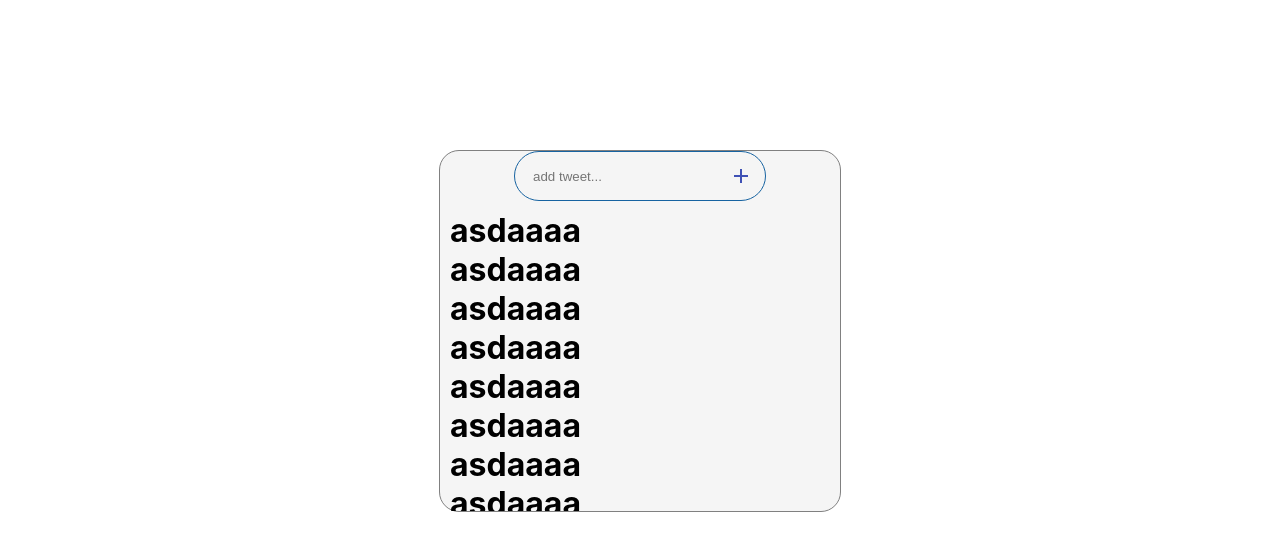
Repository: ehabmelhem/FullStack_Tweetapp
Page: /tweet (app in tweet-app-demo/)
The author's editor kept a copy of each file at every save. The page is drawn from the files as they stood at one save, then again after a run of saves.
The browser window is 1280 px wide. The pictures show the whole page.
The project was rebuilt for these pictures with package versions that can differ from the ones it lists, and the page was loaded fresh each time. A package was used in the major version that the imports need, not the one package.json lists. Also part of the build but not shown: tweet-app-demo/src/Componets/Gotweet.js, tweet-app-demo/src/Componets/Login.css, tweet-app-demo/src/Componets/Login.js, tweet-app-demo/src/Componets/SignUp.css, tweet-app-demo/src/Componets/SignUp.js.

Above is the page before, as saved 2021-01-28 20:05:05.

### tweet-app-demo/src/App.js
import "./App.css";
import { useEffect, useState } from "react";
import { BrowserRouter as Router, Switch, Route, Link } from "react-router-dom";
import Login from "./Componets/Login";
import SignUp from "./Componets/SignUp";
import Tweet from "./Componets/Tweet";

function App() {
  return (
    <Router>
      <div className="app">
        <Switch>
          <Route path="/tweet">
            <Tweet />
          </Route>
          <Route path="/login">
            <Login />
          </Route>
          <Route path="/signup">
            <SignUp />
          </Route>
          <Route path="/">
            <Link to="/login">
              <button>Login</button>
            </Link>
            <Link to="/signup">
              <button>SignUp</button>
            </Link>
          </Route>
        </Switch>
      </div>
    </Router>
  );
}

export default App;

### tweet-app-demo/src/App.css
.app {
  position: relative;
  top: 150px;
  width: fit-content;
  margin: 0 auto;
}

### tweet-app-demo/src/Componets/Tweet.js
import React from "react";
import "./Tweet.css";
import IconButton from "@material-ui/core/IconButton";
import AddIcon from "@material-ui/icons/Add";
function Tweet() {
  return (
    <div className="tweet">
      <form className="tweet__form">
        <input placeholder="add tweet..." type="text" name="" id="" />
        <IconButton color="primary">
          <AddIcon />
        </IconButton>
      </form>
      <div className="container">
        <h1>asdaaaa</h1>
        <h1>asdaaaa</h1>
        <h1>asdaaaa</h1>
        <h1>asdaaaa</h1>
        <h1>asdaaaa</h1>
        <h1>asdaaaa</h1>
        <h1>asdaaaa</h1>
        <h1>asdaaaa</h1>
        <h1>asdaaaa</h1>
        <h1>asdaaaa</h1>
        <h1>asdaaaa</h1>
        <h1>asdaaaa</h1>
        <h1>asdaaaa</h1>
        <h1>asdaaaa</h1>
        <h1>asdaaaa</h1>
        <h1>asdaaaa</h1>
        <h1>asdaaaa</h1>
        <h1>asdaaaa</h1>
        <h1>asdaaaa</h1>
        <h1>asdaaaa</h1>
        <h1>asdaaaa</h1>
        <h1>asdaaaa</h1>
        <h1>asdaaaa</h1>
        <h1>asdaaaa</h1>
        <h1>asdaaaa</h1>
        <h1>asdaaaa</h1>
        <h1>asdaaaa</h1>
        <h1>asdaaaa</h1>
        <h1>asdaaaa</h1>
        <h1>asdaaaa</h1>
        <h1>asdaaaa</h1>
        <h1>asdaaaa</h1>
        <h1>asdaaaa</h1>
        <h1>asdaaaa</h1>
        <h1>asdaaaa</h1>
        <h1>asdaaaa</h1>
        <h1>asdaaaa</h1>
        <h1>asdaaaa</h1>
        <h1>asdaaaa</h1>
        <h1>asdaaaa</h1>
        <h1>asdaaaa</h1>
        <h1>asdaaaa</h1>
        <h1>asdaaaa</h1>
        <h1>asdaaaa</h1>
        <h1>asdaaaa</h1>
      </div>
    </div>
  );
}

export default Tweet;

### tweet-app-demo/src/Componets/Tweet.css
.tweet__form {
  margin: 0 auto;
  width: fit-content;
  display: flex;
  align-items: center;
  border: 1px solid rgb(23, 99, 161);
  border-radius: 999px;
}
.tweet__form > input {
  margin-left: 11px;
  padding: 7px;
  outline: none;
  border: none;
  background-color: whitesmoke;
}
.tweet {
  background-color: whitesmoke;
  width: 400px;
  border-radius: 20px;
  border: 1px solid gray;
  z-index: 999;
}
/* Hide scrollbar for Chrome, Safari and Opera */

.container::-webkit-scrollbar-track {
  box-shadow: inset 0 0 6px rgba(13, 132, 230, 0.76);
  border-radius: 999px;
}
.container::-webkit-scrollbar {
  width: 10px;
}
.container::-webkit-scrollbar-thumb {
  background-color: rgb(37, 156, 235);
  border-radius: 999px;
}
.container::-webkit-scrollbar-thumb:hover {
  background-color: black;
}
.container {
border-top: 1px solid wh;
    margin: 0 auto;
  margin-top: 10px;
  overflow: scroll;
  scroll-behavior: smooth;
  overflow-x: hidden; /* Hide horizontal scrollbar */
  height: 300px;
  width: fit-content;
  padding-left: 10px;
  padding-right: 260px;
}

Loaded but not shown: tweet-app-demo/public/index.html (common file); tweet-app-demo/src/index.js (common file); tweet-app-demo/src/index.css (common file); tweet-app-demo/src/reportWebVitals.js (common file)

After the next 2 saves:
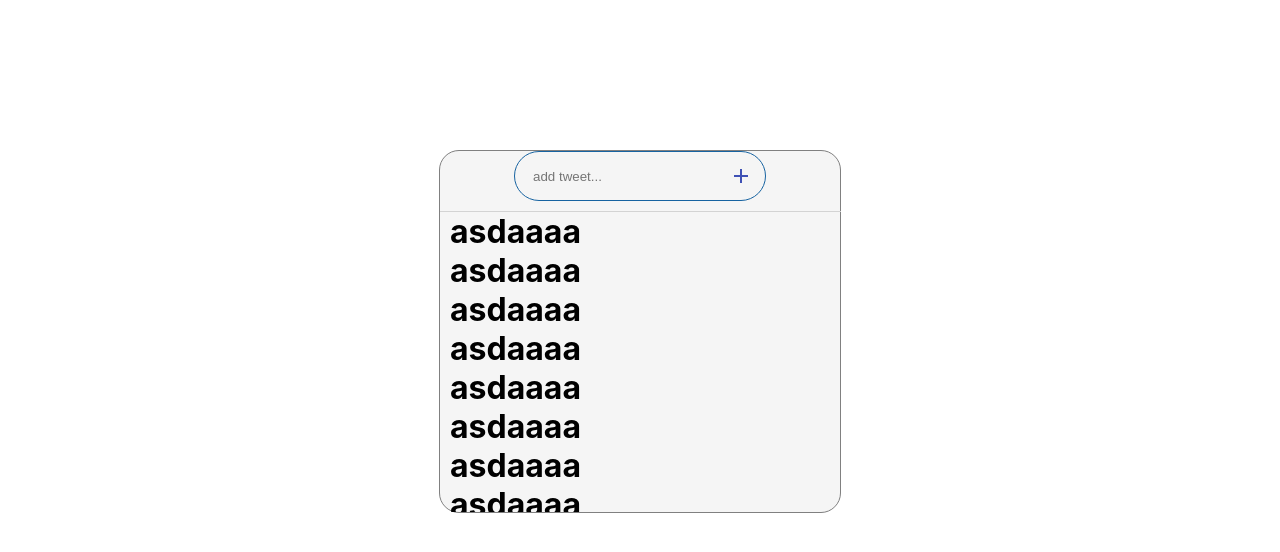
The 2 saves are shown as one change because they came seconds apart.
The last was saved 5 s later.
--- a/tweet-app-demo/src/Componets/Tweet.css
+++ b/tweet-app-demo/src/Componets/Tweet.css
@@ -37,8 +37,8 @@
   background-color: black;
 }
 .container {
-border-top: 1px solid wh;
-    margin: 0 auto;
+  border-top: 1px solid lightgray;
+  margin: 0 auto;
   margin-top: 10px;
   overflow: scroll;
   scroll-behavior: smooth;
